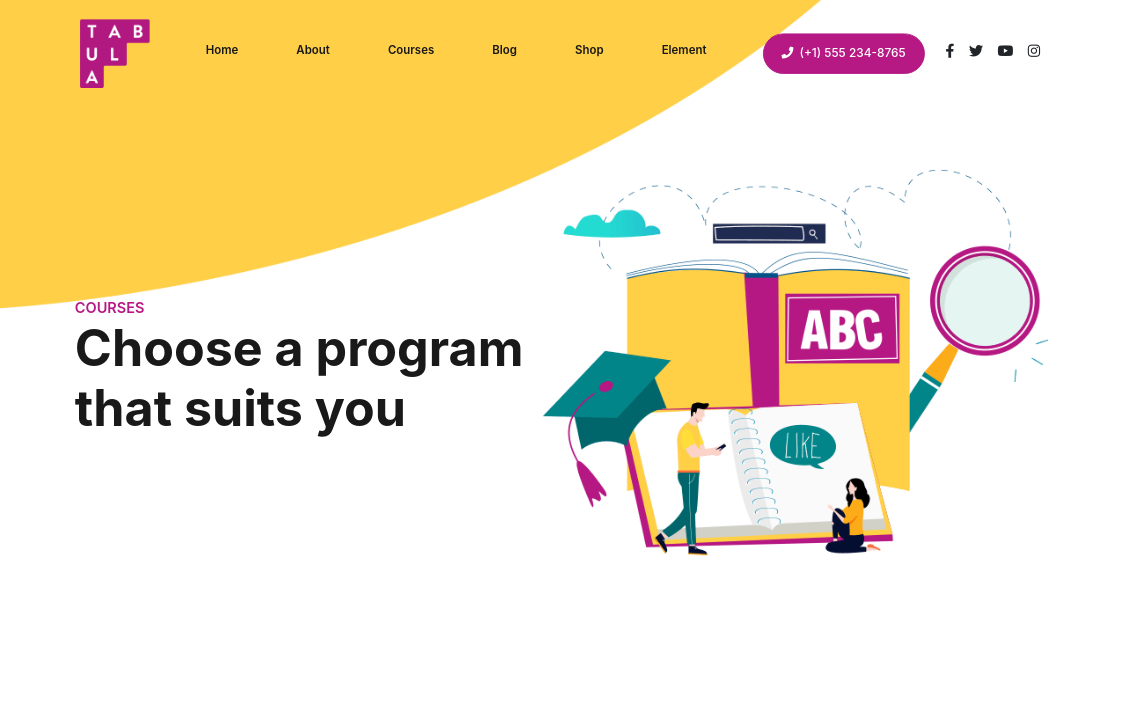
Repository: Khanh1234-glitch/TruongNguyenBaoKhanh_BC22_assignment__tabula
Page: Tabula/index.html
The author's editor kept a copy of each file at every save. The page is drawn from the files as they stood at one save, then again after the next save.
The browser window is 1280 px wide. The pictures show the whole page, at 88% of full size.
The style sheet was rebuilt from its Sass, Less or Tailwind sources for each picture, by a compiler version that may differ from the author's.

Above is the page before, as saved 2022-04-16 10:49:46.

### Tabula/index.html
<!doctype html>
<html lang="en">

<head>
    <title>Title</title>
    <!-- Required meta tags -->
    <meta charset="utf-8">
    <meta name="viewport" content="width=device-width, initial-scale=1, shrink-to-fit=no">
    <!-- link css -->
    <link rel="stylesheet" href="./css/style.css">
    <!-- link fontawesome -->
    <link rel="stylesheet" href="https://cdnjs.cloudflare.com/ajax/libs/font-awesome/5.15.4/css/all.min.css">
    <!-- Bootstrap CSS -->
    <link rel="stylesheet" href="https://stackpath.bootstrapcdn.com/bootstrap/4.3.1/css/bootstrap.min.css" integrity="sha384-ggOyR0iXCbMQv3Xipma34MD+dH/1fQ784/j6cY/iJTQUOhcWr7x9JvoRxT2MZw1T" crossorigin="anonymous">
</head>

<body>
    <header>
        <nav class="navbar container navbar-expand-md navbar-dark">
            <!-- Toggler/collapsibe Button -->
            <button class="navbar-toggler" type="button" data-toggle="collapse" data-target="#collapsibleNavbar">
                <span class="navbar-toggler-icon"></span>
            </button>
            <!-- Brand -->
            <img style="cursor:pointer" src="./img/crest.png" alt="">
            <!-- Navbar links -->
            <div class="collapse navbar-collapse " id="collapsibleNavbar">
                <ul class="navbar-nav ml-auto">
                    <li class="nav-item">
                        <a class="nav-link" href="#">Home</a>
                    </li>
                    <li class="nav-item">
                        <a class="nav-link" href="#">About</a>
                    </li>
                    <li class="nav-item">
                        <a class="nav-link" href="#">Courses</a>
                    </li>
                    <li class="nav-item">
                        <a class="nav-link" href="#">Blog</a>
                    </li>
                    <li class="nav-item">
                        <a class="nav-link" href="#">Shop</a>
                    </li>
                    <li class="nav-item">
                        <a class="nav-link" href="#">Element</a>
                    </li>
                    <li class="button">
                        <button class="btn-header"><i style="margin-right:7px;" class="fa fa-phone"></i> (+1) 555 234-8765</button>
                    </li>
                    <li class="nav-item" style="margin-top:10px">
                        <i class="fab fa-facebook-f"></i>
                        <i class="fab fa-twitter"></i>
                        <i class="fab fa-youtube"></i>
                        <i class="fab fa-instagram"></i>
                    </li>
                </ul>
            </div>
        </nav>
        <div class="hero-book container ">
            <div class="text-left">
                <span>COURSES</span>
                <h1>Choose a program that suits you</h1>
            </div>
            <div class="img-right">
                <img src="./img/hero_books.png" alt="">
            </div>
        </div>
    </header>
    <section class="beginer container">
        <div class="img-left"></div>
        <div class="text-right"></div>
    </section>
    <!-- Optional JavaScript -->
    <!-- jQuery first, then Popper.js, then Bootstrap JS -->
    <script src="https://code.jquery.com/jquery-3.3.1.slim.min.js" integrity="sha384-q8i/X+965DzO0rT7abK41JStQIAqVgRVzpbzo5smXKp4YfRvH+8abtTE1Pi6jizo" crossorigin="anonymous"></script>
    <script src="https://cdnjs.cloudflare.com/ajax/libs/popper.js/1.14.7/umd/popper.min.js" integrity="sha384-UO2eT0CpHqdSJQ6hJty5KVphtPhzWj9WO1clHTMGa3JDZwrnQq4sF86dIHNDz0W1" crossorigin="anonymous"></script>
    <script src="https://stackpath.bootstrapcdn.com/bootstrap/4.3.1/js/bootstrap.min.js" integrity="sha384-JjSmVgyd0p3pXB1rRibZUAYoIIy6OrQ6VrjIEaFf/nJGzIxFDsf4x0xIM+B07jRM" crossorigin="anonymous"></script>
</body>

</html>

### Tabula/Sass/style.scss
@import "./helper/mixin";
@import "./helper/variable";
@import "./Component/navbar";
@import "./Component/button";
@import "./Component/social";
@import "./Component/herobook";

### Tabula/Sass/helper/_mixin.scss
@mixin content($fs, $fw, $color) {
    font-size: $fs;
    font-weight: $fw;
    background-color: $color;
}

@mixin content2($fs, $fw, $color) {
    font-size: $fs;
    font-weight: $fw;
    color: $color;
}

### Tabula/Sass/helper/_variable.scss
//color
$color:#e6afd4;
$color2:#181818;
$color3:#b61984 !important;
$color4:#191919;
//font weight
$fw-1:500;
$fw-2:600;
$fw-3:700;
$fw-4:800;
//font-size
$fs-1:13px;
$fs-2:57px;
$fs-3:16.5px;
$fs-4:14.625px;
$fs-5:13.125px;
$fs-6:13.5px;
$fs-7:16.5px;

### Tabula/Sass/Component/_navbar.scss
body {
    background: url("./../../img/yellow_top_wave_01.png");
    background-repeat: no-repeat;
    header {
        .navbar-nav {
            .nav-item {
                a {
                    @include content2($fs-1,
                    $fw-2,
                    $color2);
                    line-height: 80px;
                    margin-right: 50px;
                    color: $color2 !important;
                    transition: all 0.5s;
                    &::after {
                        content: "";
                        width: 10px;
                        height: 10px;
                        margin-left: 7px;
                        border-radius: 100%;
                        display: block;
                        background-color: $color3;
                        transition: all 0.5s;
                        transform: scaleX(0);
                    }
                    &:hover {
                        color: $color3;
                        &::after {
                            transform: scaleX(1);
                        }
                    }
                }
            }
        }
    }
}

### Tabula/Sass/Component/_button.scss
    .navbar-nav {
        .button {
            display: flex;
            align-items: center;
            margin-right: 18px;
            button {
                @include content($fs-6, $fw-1, $color3);
                align-items: center;
                border-radius: 50px;
                display: flex;
                justify-content: center;
                line-height: 13.5px;
                margin: 6px;
                padding: 14.85px 20.25px;
                text-align: center;
                color: #fff;
                border: 1px solid $color3;
                transition: all 0.2s;
                &:hover {
                    background-color: #fff !important;
                    border: 1px solid $color3;
                    color: $color3;
                }
            }
        }
    }

### Tabula/Sass/Component/_social.scss
.navbar-nav {
    .nav-item {
        i {
            margin-right: 12px;
            line-height: 80px;
            cursor: pointer;
            transition: all 0.5s;
            &:hover {
                color: $color3;
            }
        }
    }
}

### Tabula/Sass/Component/_herobook.scss
.hero-book {
    display: flex;
    .text-left {
        margin-top: 216px;
        span {
            @include content2($fs-7, $fw-2, $color3);
            line-height: 19.8px;
        }
        h1 {
            @include content2($fs-2, $fw-3, $color4);
            line-height: 68.4px;
        }
    }
    .img-right {
        margin-bottom: 100px;
    }
}

After the next save:
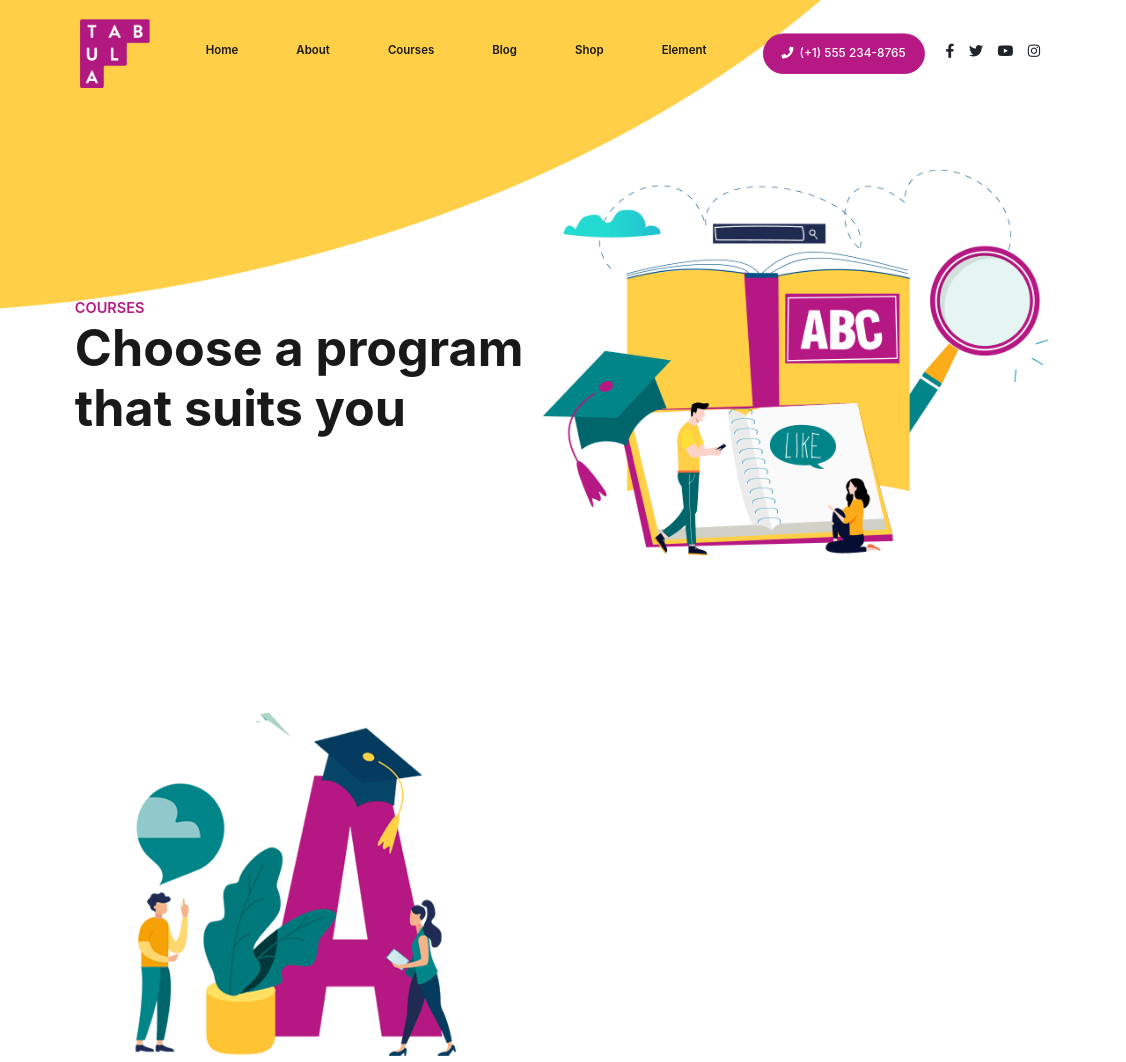
Saved 62 s later.
--- a/Tabula/index.html
+++ b/Tabula/index.html
@@ -67,7 +67,9 @@
         </div>
     </header>
     <section class="beginer container">
-        <div class="img-left"></div>
+        <div class="img-left">
+            <img src="./img/letter_a.png" alt="">
+        </div>
         <div class="text-right"></div>
     </section>
     <!-- Optional JavaScript -->
